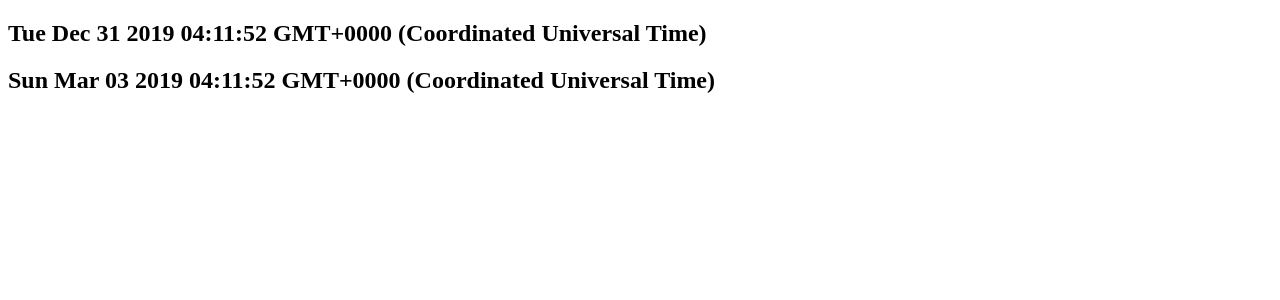
Repository: sonic247897/multicampus-web
Page: clientweb/WebContent/js_basic/js_date_test02.html
The author's editor kept a copy of each file at every save. The page is drawn from the files as they stood at one save, then again after the next save.
The browser window is 1280 px wide. The pictures show the whole page.

Above is the page before, as saved 2020-01-08 02:08:07.

### clientweb/WebContent/js_basic/js_date_test02.html
<!DOCTYPE html>
<html>
<head>
<meta charset="EUC-KR">
<title>Insert title here</title>
</head>
<body>
	<script type = "text/javascript">
		today = new Date();
		document.write("<h2>"+today+"</h2>");
		dday = new Date();
		today.setMonth(1);
		today.setDate(3);
		document.write("<h2>"+today+"</h2>");

	</script>
</body>
</html>

After the next save:
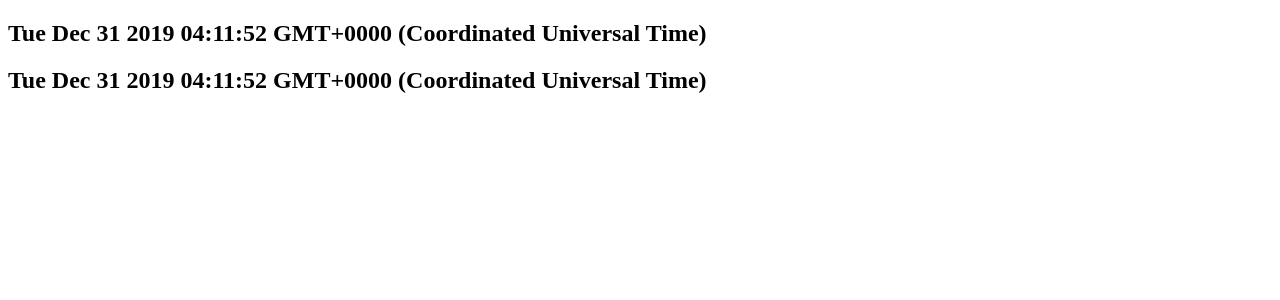
Saved 16 s later.
--- a/clientweb/WebContent/js_basic/js_date_test02.html
+++ b/clientweb/WebContent/js_basic/js_date_test02.html
@@ -9,8 +9,8 @@
 		today = new Date();
 		document.write("<h2>"+today+"</h2>");
 		dday = new Date();
-		today.setMonth(1);
-		today.setDate(3);
+		dday.setMonth(1);
+		dday.setDate(3);
 		document.write("<h2>"+today+"</h2>");
 
 	</script>

After the save that followed:
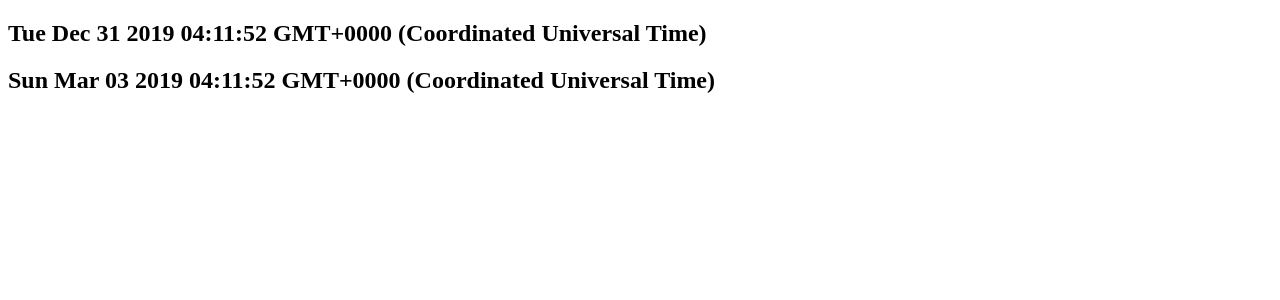
Saved 4 s later.
--- a/clientweb/WebContent/js_basic/js_date_test02.html
+++ b/clientweb/WebContent/js_basic/js_date_test02.html
@@ -11,7 +11,7 @@
 		dday = new Date();
 		dday.setMonth(1);
 		dday.setDate(3);
-		document.write("<h2>"+today+"</h2>");
+		document.write("<h2>"+dday+"</h2>");
 
 	</script>
 </body>
